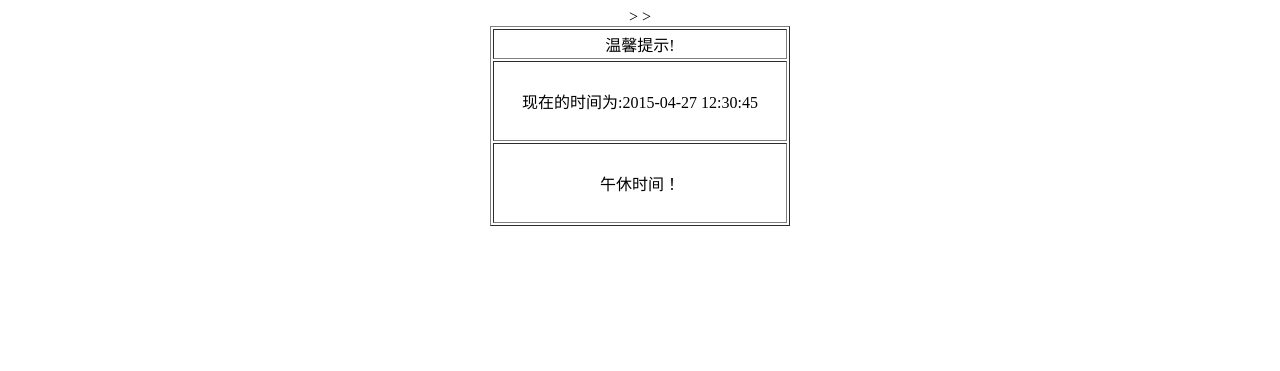
Repository: wikelgc/JSP
Page: http://localhost/FirstJsp/
An editor plug-in stored every save of this project. The page is shown before and after the next save, followed by the edit.
The browser window is 1280 px wide. The pictures show the whole page.
The page is served by Tomcat 9.

Above is the page before, as saved 2015-04-27 13:43:27.

### FirstJsp/WebRoot/index.jsp
<%@page import="java.util.Date"%>
<%@page import="java.text.SimpleDateFormat"%>
<%@ page contentType="text/html; charset=UTF-8" %>
<%@ page import = "java.util.Date.*"  %>
<%@ page import = "java.text.*"  %>



<%
	Date nowday = new Date();   //实例化对象，获取当前时间
	int hour = nowday.getHours();	//获取日期中的小时
    SimpleDateFormat format = new SimpleDateFormat("yyyy-MM-dd HH:mm:ss");//定义日期格式化对象
	String time = format.format(nowday);//将指定日期格式化""
%>

 <html>
 	<head>
 		<title>
 			第一个JSP应用
 		</title>
	</head>
	<body>
		<center>
			<table border = "1" width = "300">
				<tr height = "30">
					<td align = "center">
						温馨提示!
					</td>
				</tr>

				<tr height = "80">
					<td align = "center">
						现在的时间为:<%=time %>
					</td>>
				</tr>>

				<tr height = "80">
					<td align = "center">
					<!--以下为嵌入到HTML中的java代码，用来生产动态的内容-->
					<%
						if(hour>=24 && hour < 5)
							out.print("现在是凌晨！，时间还早，再睡会吧！");
						else if(hour>5 &&hour<=10)
							out.print("早上好!");
						else if(hour>10 && hour <13)
							out.print("午休时间！");
						else if(hour>=13 && hour <18)
							out.print("下午努力工作吧");
						else if(hour >=18 && hour <21)
							out.print("晚上好");
						else if(hour >=21 && hour <24)
							out.print("注意休息，晚安!");
				 	%>
				 	</td>
				 </tr>
				</table>
			</center>
		</body>
	</title>
</html>

After the next save:
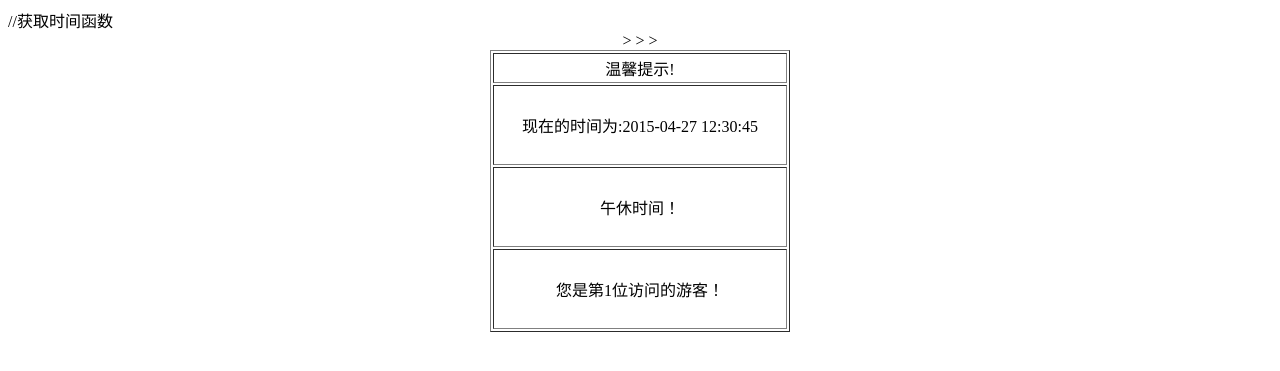
Saved 8 min 6 s later.
--- a/FirstJsp/WebRoot/index.jsp
+++ b/FirstJsp/WebRoot/index.jsp
@@ -1,16 +1,24 @@
 <%@page import="java.util.Date"%>
 <%@page import="java.text.SimpleDateFormat"%>
 <%@ page contentType="text/html; charset=UTF-8" %>
-<%@ page import = "java.util.Date.*"  %>
 <%@ page import = "java.text.*"  %>
-
-
-
+//获取时间函数
 <%
 	Date nowday = new Date();   //实例化对象，获取当前时间
 	int hour = nowday.getHours();	//获取日期中的小时
     SimpleDateFormat format = new SimpleDateFormat("yyyy-MM-dd HH:mm:ss");//定义日期格式化对象
 	String time = format.format(nowday);//将指定日期格式化""
+%>
+
+<%!
+	int num = 0;
+	synchronized void add(){
+		num++;
+	}
+ %>
+
+<%
+	add();
 %>
 
  <html>
@@ -53,6 +61,12 @@
 				 	%>
 				 	</td>
 				 </tr>
+
+				 <tr height = "80">
+				 	<td align = "center">
+				 		 您是第<%=num %>位访问的游客！
+				 	</td>
+				 </tr>>
 				</table>
 			</center>
 		</body>
